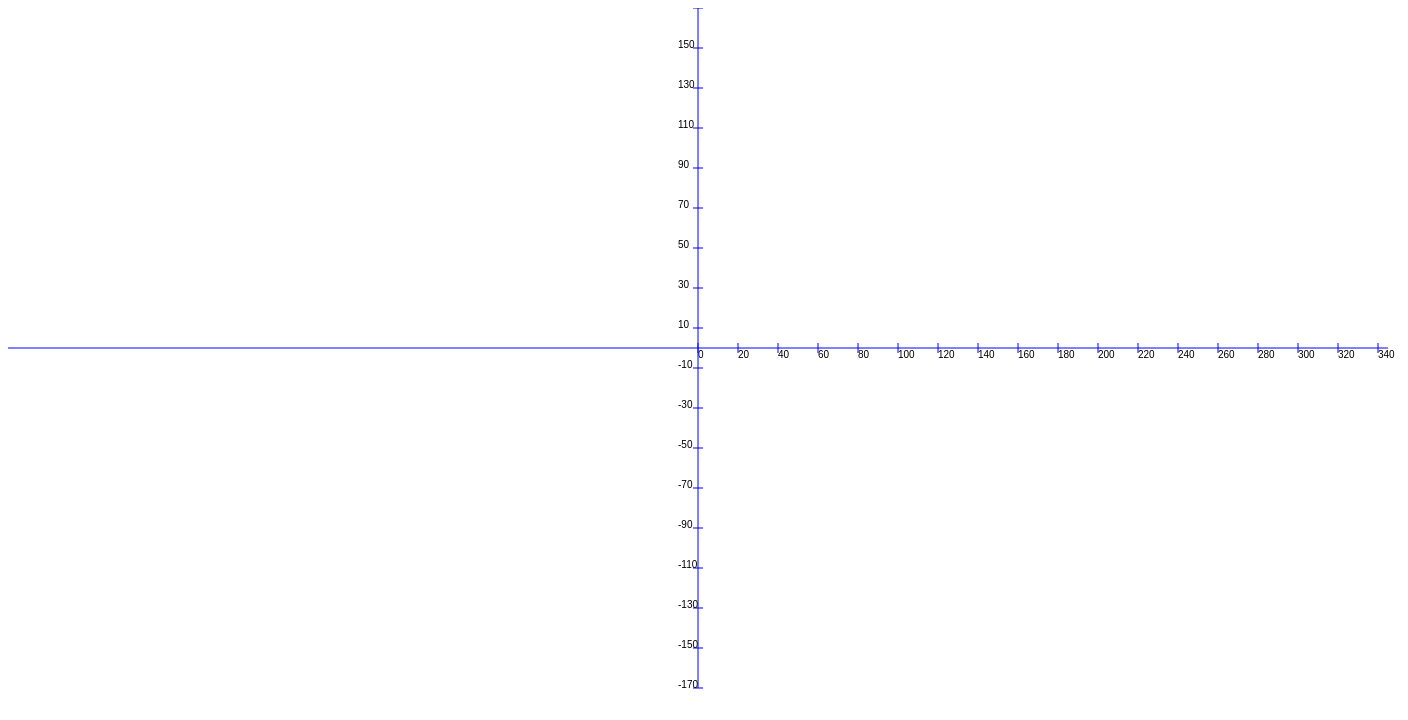
Repository: tclintaichung/book
Page: ex16/ex16_01/frame.html
An editor plug-in stored every save of this project. The page is shown before and after the next save, followed by the edit.
The browser window is 1280 px wide. The page is 1408 px wide, so the pictures cover 1408 px, including what lies to the right of the window. The pictures show the whole page.

Above is the page before, as saved 2025-09-27 16:12:57.

After the next save:
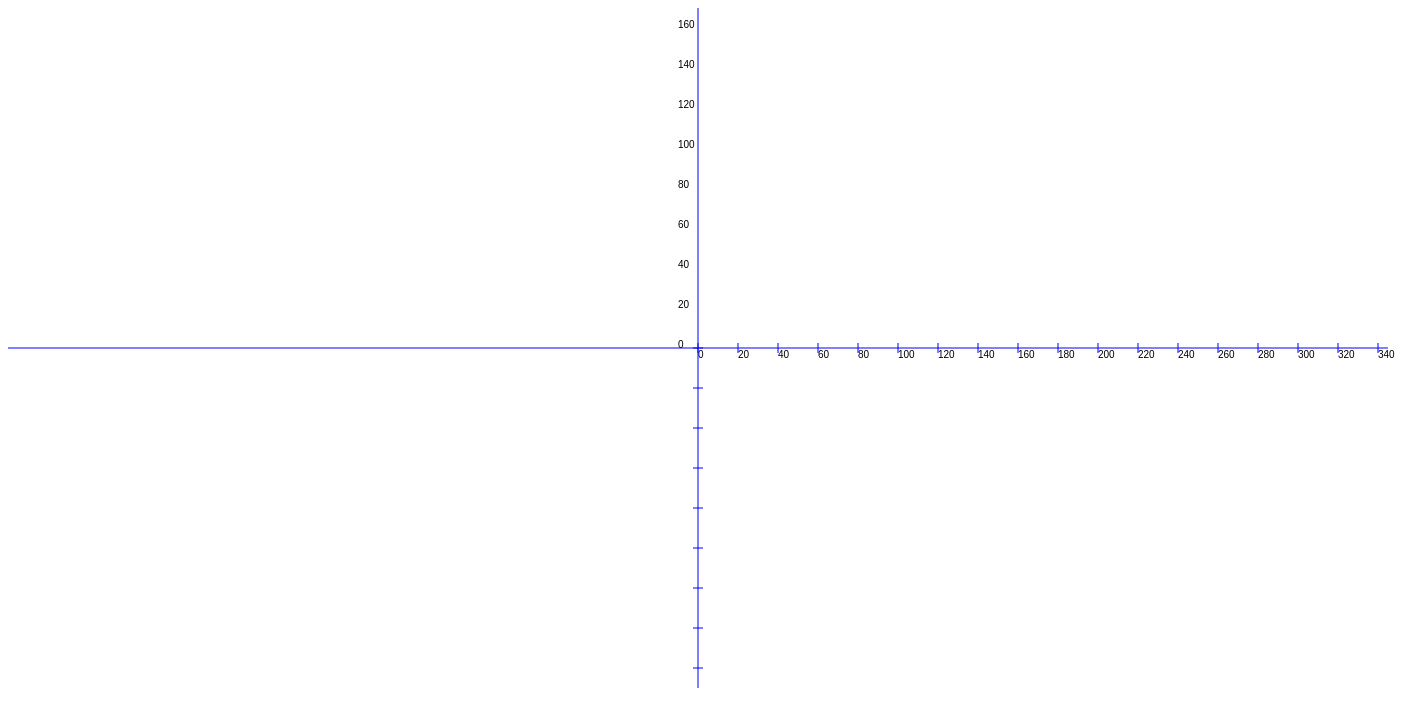
Saved 27 s later.
--- a/ex16/ex16_01/frame.html
+++ b/ex16/ex16_01/frame.html
@@ -42,7 +42,7 @@
                 ctx.lineTo(i, center_y + 5);
                 ctx.fillText(String(label_i), i, center_y + 10);
             }
-            for (let i = y_min; i <= y_max; i += step) {
+            for (let i = center_y; i <= y_max; i += step) {
                 label_i = (i - center_y) / scale;
                 ctx.moveTo(center_x - 5, i);
                 ctx.lineTo(center_x + 5, i);
